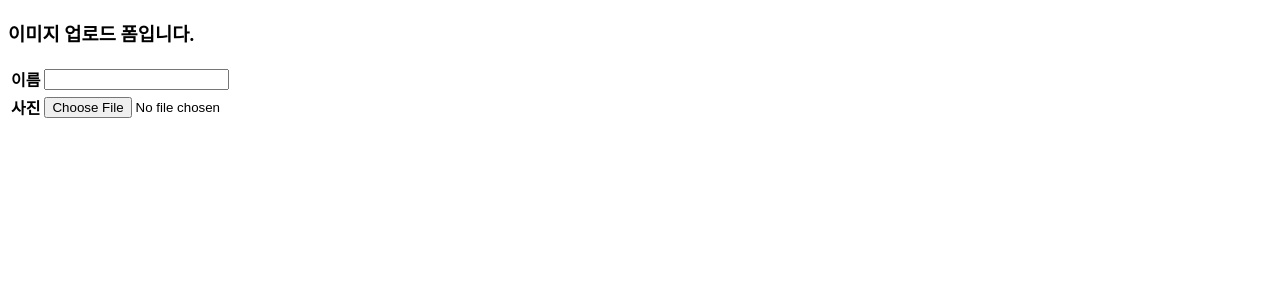
Repository: hyunhee7/web_work
Page: http://localhost/Step12_FileUpload/gallery/uploadform.jsp
An editor plug-in stored every save of this project. The page is shown before and after the next save, followed by the edit.
The browser window is 1280 px wide. The pictures show the whole page.
The page is served by Tomcat 9. Nobody is signed in. The application's start-up code is not run.

Above is the page before, as saved 2017-07-10 05:50:59.

After the next save:
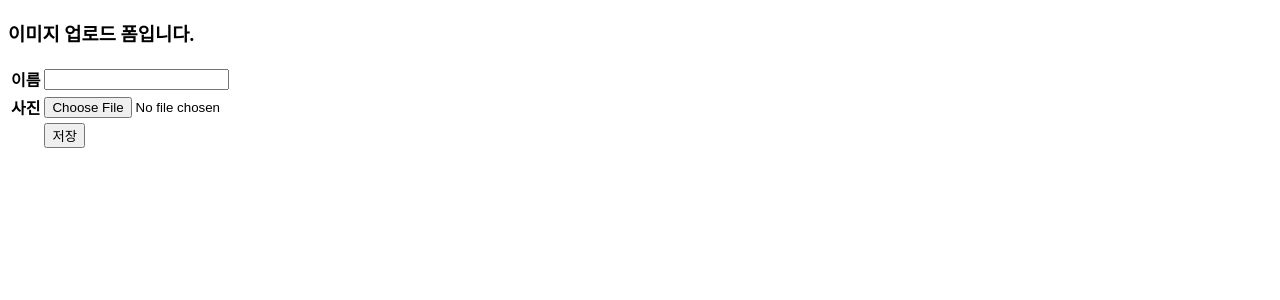
Saved 21 s later.
--- a/Step12_FileUpload/WebContent/gallery/uploadform.jsp
+++ b/Step12_FileUpload/WebContent/gallery/uploadform.jsp
@@ -18,6 +18,10 @@
 				<th><label for="pic">사진</label></th>
 				<td><input type="file" name="pic" id="pic"/></td>
 			</tr>
+			<tr>
+				<td></td>
+				<td><button type="submit">저장</button></td>
+			</tr>
 		</table>
 	</form>
 </body>
